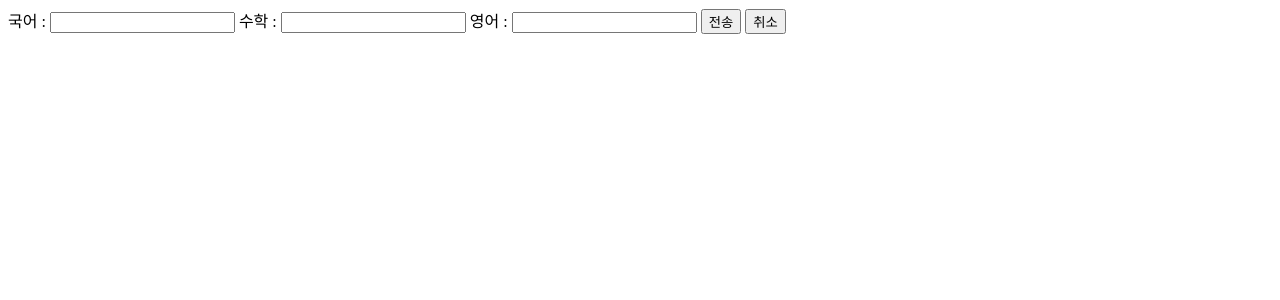
Repository: rlaqhrns/JSP_study
Page: JSP1012/WebContent/request2.html
These files come from the project's save history. The page is drawn as it stood at one moment and after the next save; the edit follows.
The browser window is 1280 px wide. The pictures show the whole page.

Above is the page before, as saved 2020-10-12 08:37:49.

After the next save:
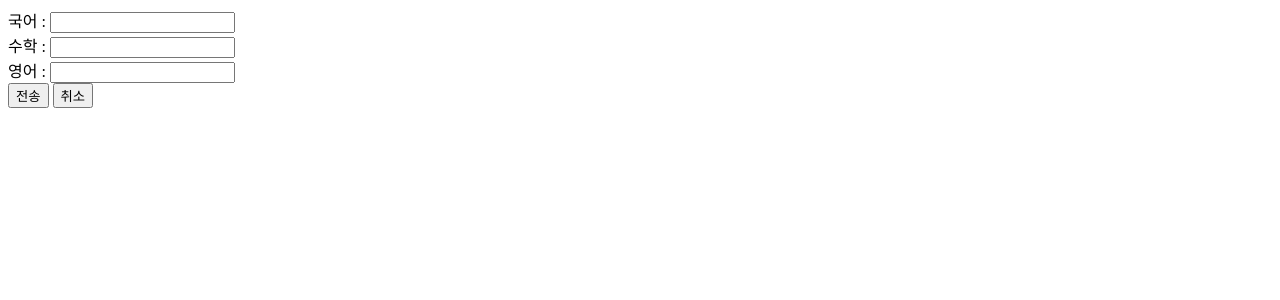
Saved 44 s later.
--- a/JSP1012/WebContent/request2.html
+++ b/JSP1012/WebContent/request2.html
@@ -8,11 +8,11 @@
 <body>
     <form action="request2.jsp" method="get">
         <label for="kor">국어 : </label>
-        <input type="text" name="kor">
+        <input type="text" name="kor"><br>
         <label for="math">수학 : </label>
-        <input type="text" name="math">
+        <input type="text" name="math"><br>
         <label for="eng">영어 : </label>
-        <input type="text" name="eng">
+        <input type="text" name="eng"><br>
         <input type="submit" value="전송">
         <input type="reset" value="취소">
 
